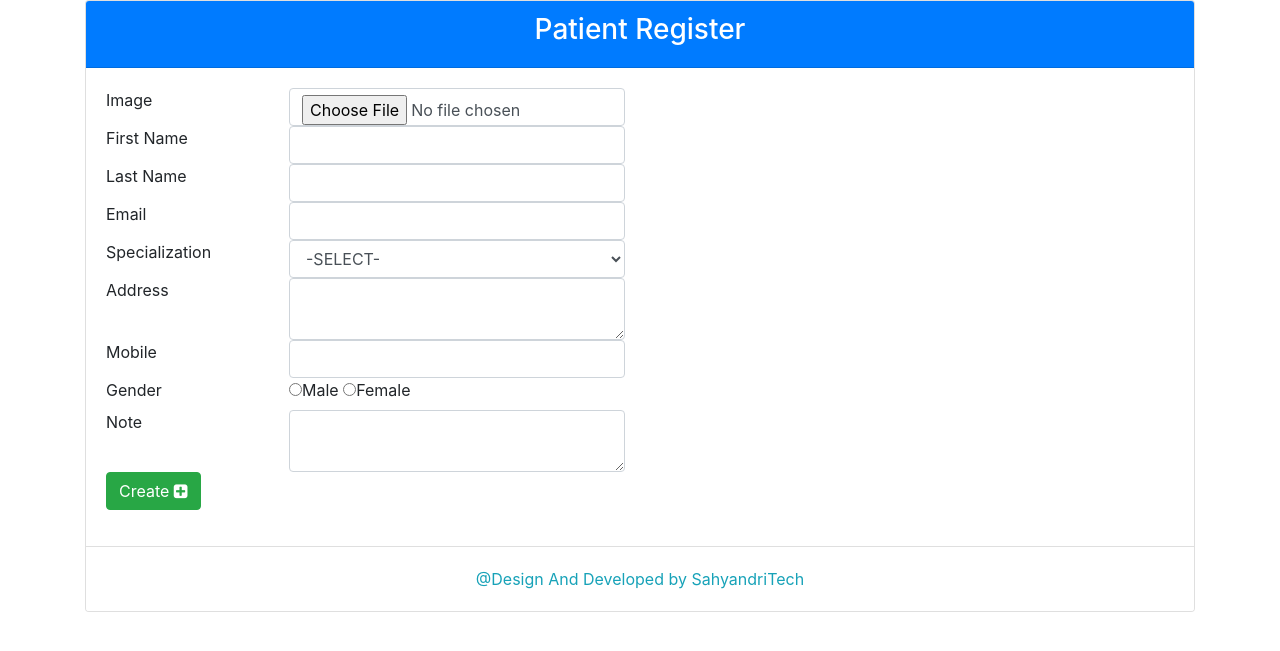
Repository: AmolRajuru11/HealthCareEx
Page: http://localhost/PatientRegister
These files come from the project's save history. The page is drawn as it stood at one moment and after the next save; the edit follows.
The browser window is 1280 px wide. The pictures show the whole page.
The page is this project's Thymeleaf template; nobody is signed in. The template is opened directly, without the code that normally fills it, so the values that code supplies are empty.

Above is the page before, as saved 2021-10-19 13:05:08.

After the next save:
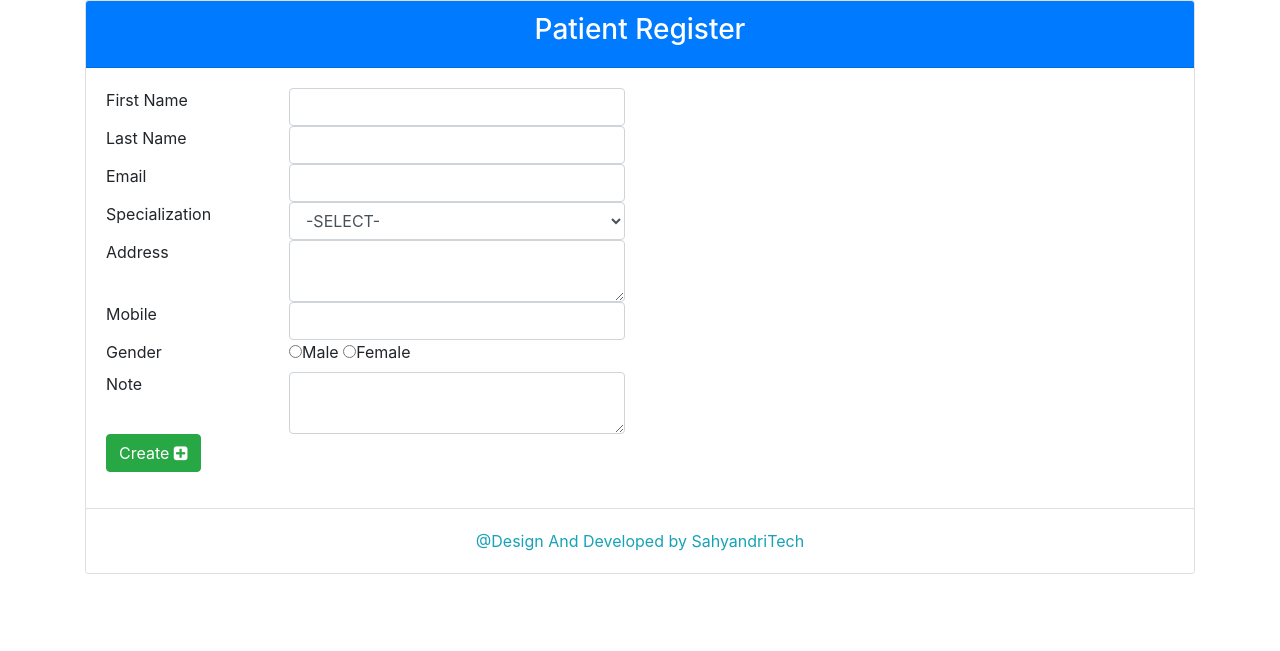
Saved 37 s later.
--- a/HeathCare/src/main/resources/templates/PatientRegister.html
+++ b/HeathCare/src/main/resources/templates/PatientRegister.html
@@ -15,22 +15,7 @@
 				<h3>Patient Register</h3>
 			</div>
 			<div class="card-body">
-				<form th:action="@{/doctor/save}" method="POST" id="specRegForm">
-
-					<div class="row">
-						<div class="col-2">
-							<label for="photoLoc">Image</label>
-						</div>
-						<div class="col-4">
-							<input type="file" name="fileOb" id="fileOb" class="form-control"
-								onchange="uploadFile()" /> <input type="hidden" id="photoLoc"
-								name="photoLoc" />
-						</div>
-						<div class=col-6>
-							<span id="photoLocError"></span>
-						</div>
-					</div>
-
+				<form th:action="@{/patient/save}" method="POST" id="specRegForm">
 					<!--row #1-->
 					<div class="row">
 						<div class="col-2">
